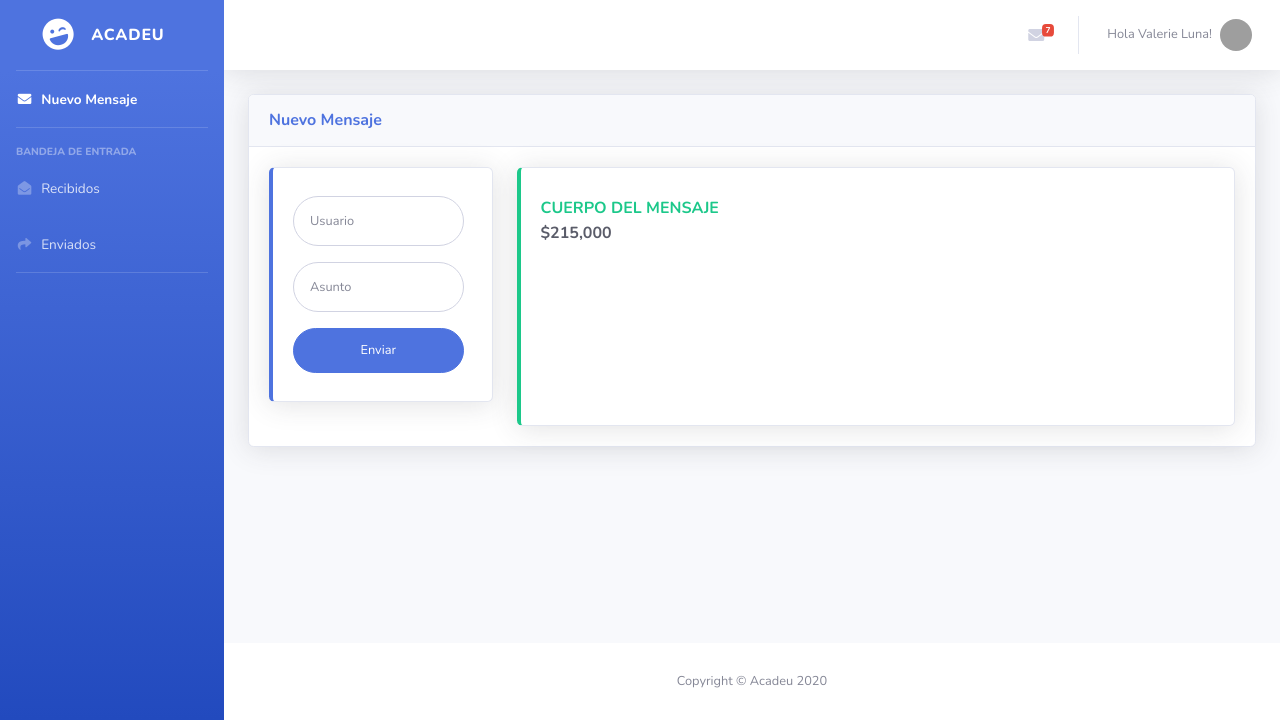
Repository: nicolask92/spring_java_test
Page: http://localhost/nuevo-mensaje
The author's editor kept a copy of each file at every save. The page is drawn from the files as they stood at one save, then again after the next save.
The browser window is 1280 px wide. The pictures show the whole page.
Pictures or frames that could not be fetched are drawn as grey boxes. The page is this project's Thymeleaf template; nobody is signed in. The template is opened directly, without the code that normally fills it, so the values that code supplies are empty.

Above is the page before, as saved 2020-06-13 21:48:35.

After the next save:
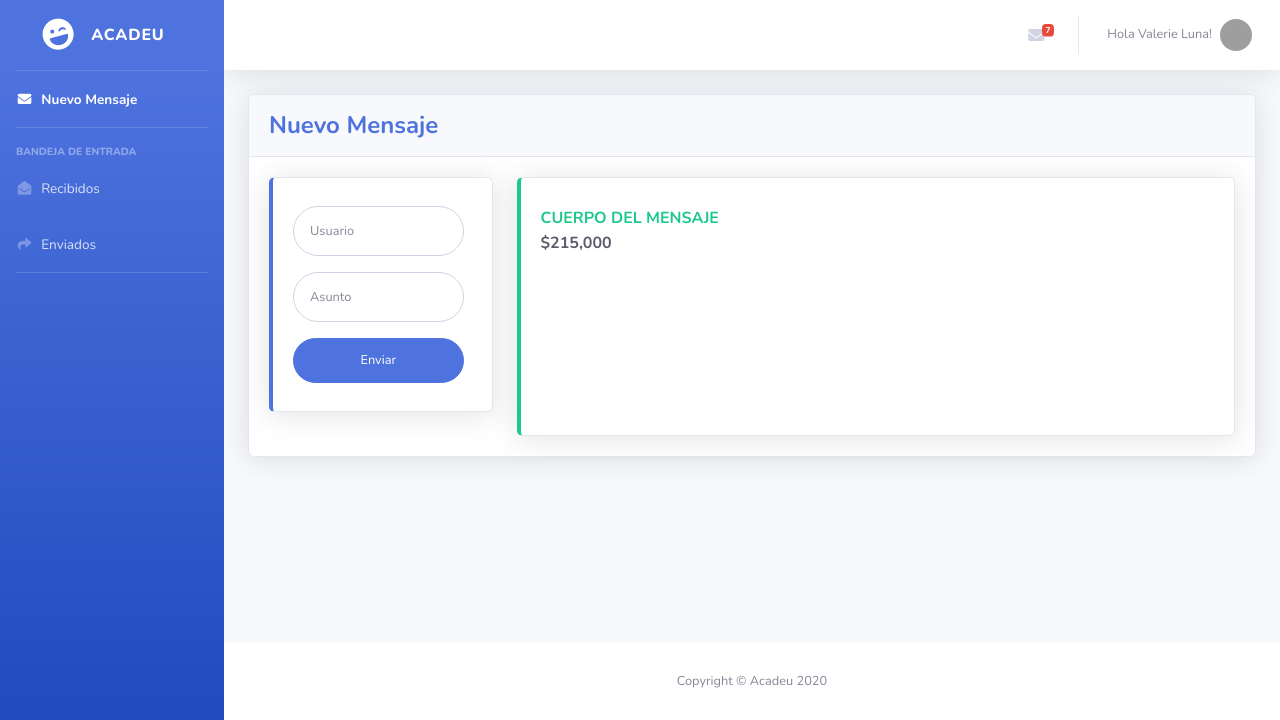
Saved 11 s later.
--- a/spring-tutorial/src/main/resources/templates/nuevo-mensaje.html
+++ b/spring-tutorial/src/main/resources/templates/nuevo-mensaje.html
@@ -197,7 +197,7 @@
 					<!-- Mensajes -->
 					<div class="card shadow mb-4">
 						<div class="card-header py-3">
-							<h6 class="m-0 font-weight-bold text-primary">Nuevo Mensaje</h6>
+							<h6 class="m-0 h4 font-weight-bold text-primary">Nuevo Mensaje</h6>
 						</div>
 
 						<div class="card-body">
